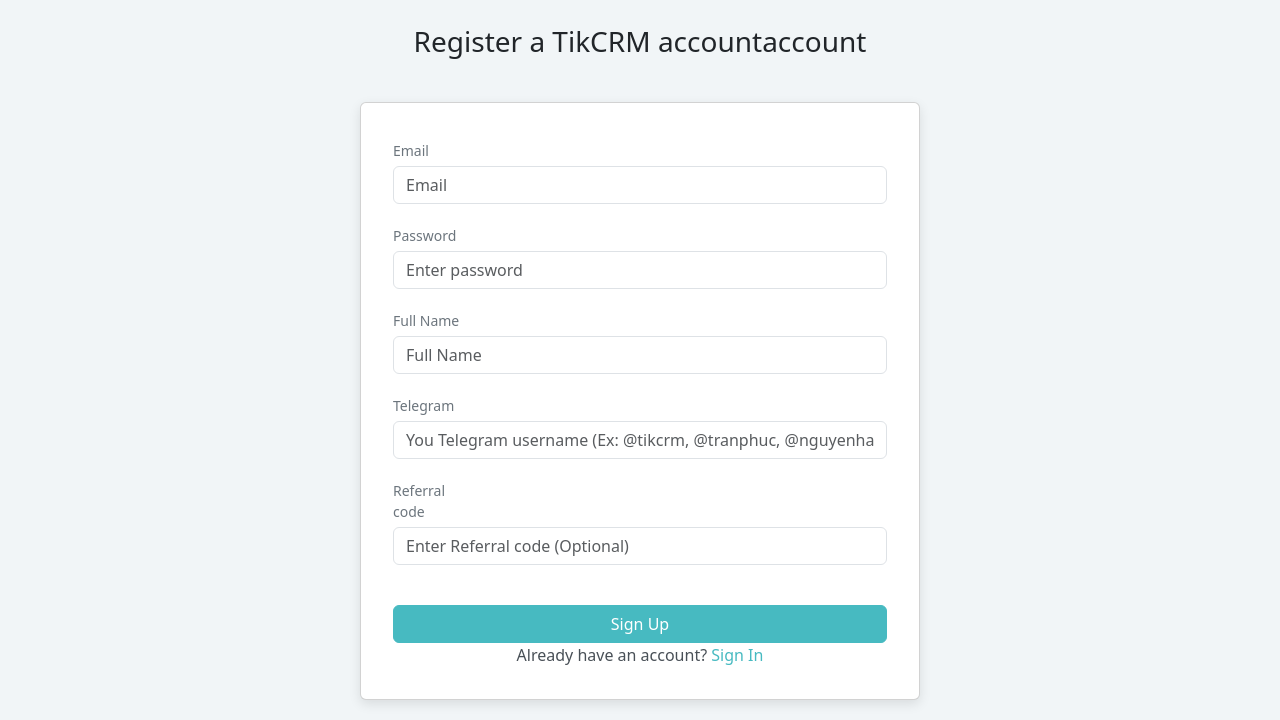
Repository: chaolaolo/tikcrm-fe
Page: /register
An editor plug-in stored every save of this project. The page is shown before and after the next save, followed by the edit.
The browser window is 1280 px wide. The pictures show the whole page.
The project was rebuilt for these pictures with package versions that can differ from the ones it lists, and the page was loaded fresh each time. Also part of the build but not shown: vite.config.ts, src/pages/Auth/Login/LoginPage.tsx, src/pages/Home/Settings.tsx, src/pages/Home/HomePage.tsx. Imported but missing from the stored project, and not drawn on this page: src/pages/Home/Dashboard.

Above is the page before, as saved 2025-05-22 23:13:31.

### src/main.tsx
import React, { StrictMode } from 'react'
import ReactDOM from 'react-dom/client';
import { createRoot } from 'react-dom/client'
import './index.css'
import { BrowserRouter } from 'react-router-dom';
import { AuthProvider } from './store/AuthContext.tsx';
import App from './App.tsx'
import 'antd/dist/reset.css';
import 'bootstrap/dist/css/bootstrap.min.css';
import 'bootstrap/dist/js/bootstrap.bundle.min.js';

ReactDOM.createRoot(document.getElementById('root')!).render(
  <React.StrictMode>
    <AuthProvider>
      <BrowserRouter>
        <App />
      </BrowserRouter>
    </AuthProvider>
  </React.StrictMode>
)

### src/store/AuthContext.tsx
import React, { createContext, useContext, useState, type ReactNode } from 'react';

interface AuthContextProps {
  isLoggedIn: boolean;
  login: () => void;
  logout: () => void;
}

const AuthContext = createContext<AuthContextProps | undefined>(undefined);

export const AuthProvider = ({ children }: { children: ReactNode }) => {
  const [isLoggedIn, setIsLoggedIn] = useState(false);

  const login = () => setIsLoggedIn(true);
  const logout = () => setIsLoggedIn(false);

  return (
    <AuthContext.Provider value={{ isLoggedIn, login, logout }}>
      {children}
    </AuthContext.Provider>
  );
};

export const useAuth = () => {
  const context = useContext(AuthContext);
  if (!context) throw new Error('useAuth must be used within AuthProvider');
  return context;
};

### src/App.tsx
import { useState } from 'react'
import reactLogo from './assets/react.svg'
import viteLogo from '/vite.svg'
import './App.css'
import { useAuth } from './store/AuthContext';
import { Navigate, Route, Routes } from 'react-router-dom';
import LoginPage from './pages/Auth/Login/LoginPage';
import RegisterPage from './pages/Auth/Register/RegisterPage';
import HomePage from './pages/Home/HomePage';
import 'bootstrap/dist/css/bootstrap.min.css';
import 'bootstrap/dist/js/bootstrap.bundle.min.js';
import 'antd/dist/reset.css'

const App = () => {
  const { isLoggedIn } = useAuth();

  return (
    <Routes>
      <Route path="/login" element={<LoginPage />} />
      <Route path="/register" element={<RegisterPage />} />
      <Route path="/forgot-password" element={<RegisterPage />} />
      <Route
        path="/home/*"
        element={isLoggedIn ? <HomePage /> : <Navigate to="/login" />}
      />
      <Route path="*" element={<Navigate to={isLoggedIn ? "/home" : "/login"} />} />
    </Routes>
  );
};

export default App;

### src/pages/Auth/Register/RegisterPage.tsx
// import React from 'react';
// import { useNavigate } from 'react-router-dom';

// const RegisterPage = () => {
//   const navigate = useNavigate();

//   const handleRegister = () => {
//     // giả sử đăng ký xong là chuyển về login
//     navigate('/login');
//   };

//   return (
//     <div>
//       <h2>Register</h2>
//       <button onClick={handleRegister}>Register</button>
//     </div>
//   );
// };

// export default RegisterPage;


import React from 'react';
import 'bootstrap/dist/css/bootstrap.min.css';
import { Link } from 'react-router-dom';
import Divider from '../../../core/Divider/Divider';
import { Button } from 'antd';
import '../login/login.css';

const RegisterPage: React.FC = () => {
  return (
    <div style={{
      backgroundColor: '#f1f5f7', // Màu light của Bootstrap
      position: 'fixed',
      top: 0,
      left: 0,
      right: 0,
      bottom: 0,
      overflow: 'auto'
    }}>
      <div className="d-flex justify-content-center align-items-center min-vh-100 p-3">
        <div className="w-100" style={{ maxWidth: '600px', }}>
          <p className="text-center mb-8 fs-3 fw-normal">Register a TikCRM accountaccount</p>
          <div className="card p-8 " style={{
            marginTop: '40px',
            marginLeft: '20px',
            marginRight: '20px',
            backgroundColor: 'white',
            boxShadow: '0 4px 12px rgba(0, 0, 0, 0.1)'
          }}>
            <form>
              <div className="mb-3 text-start">
                <label htmlFor="email" className="col-sm-2 col-form-label col-form-label-sm text-secondary">Email</label>
                <input
                  type="email"
                  className="form-control"
                  id="email"
                  placeholder="Email"
                />
              </div>

              <div className="mb-3 text-start">
                <label htmlFor="password" className="col-sm-2 col-form-label col-form-label-sm text-secondary">Password</label>
                <input
                  type="password"
                  className="form-control"
                  id="password"
                  placeholder="Enter password"
                />
              </div>

              <div className="mb-3 text-start">
                <label htmlFor="fullName" className="col-sm-2 col-form-label col-form-label-sm text-secondary">Full Name</label>
                <input
                  type="text"
                  className="form-control"
                  id="fullName"
                  placeholder="Full Name"
                />
              </div>

              <div className="mb-3 text-start">
                <label htmlFor="telegram" className="col-sm-2 col-form-label col-form-label-sm text-secondary">Telegram</label>
                <input
                  type="text"
                  className="form-control"
                  id="telegram"
                  placeholder="You Telegram username (Ex: @tikcrm, @tranphuc, @nguyenhai, etc.)"
                />
              </div>

              <div className="mb-3 text-start">
                <label htmlFor="referralCode" className="col-sm-2 col-form-label col-form-label-sm text-secondary">Referral code</label>
                <input
                  type="text"
                  className="form-control"
                  id="referralCode"
                  placeholder="Enter Referral code (Optional)"
                />
              </div>

              <button type="submit" className="btn custom-login-btn w-100 mt-4">Sign Up</button>

              <div className="text-center">
                <span className='text-light-emphasis'>Already have an account? </span>
                <Link to="/register"
                  className="custom-hover-underline   fw-normal" style={{ fontSize: '16px', color: '#47bac1' }}>
                  Sign In
                </Link>
                {/* <a href="#signup" className="text-decoration-none">Sign up</a> */}
              </div>
            </form>
          </div>
        </div>
      </div>
    </div>
  );
};

export default RegisterPage;

### src/pages/Auth/Login/Login.css

.custom-login-btn {
  background-color: #47bac1;
  border-color: #47bac1;
  color: #fff;
}

.custom-login-btn:hover {
  background-color: var(--bs-primary);
  border-color: var(--bs-primary);
  color: #fff;
}


.custom-hover-underline {
  text-decoration: none;
  color: #47bac1;
}

.custom-hover-underline:hover {
  text-decoration: underline;
}


.form-control:focus {
  border-color: #47bac1;
  box-shadow: 0 0 0 0.25rem rgba(71, 186, 193, 0.25);
}

Loaded but not shown: index.html (common file); src/index.css (common file); src/App.css (common file)

After the next save:
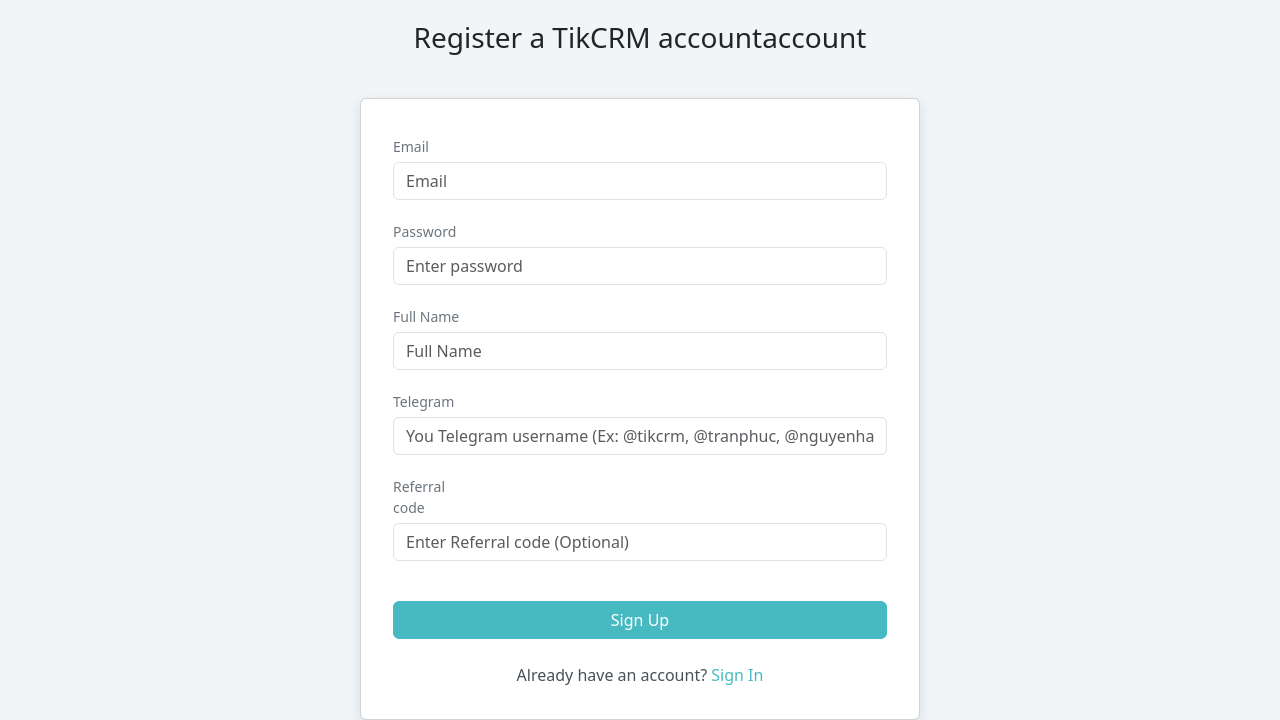
Saved 17 s later.
--- a/src/pages/Auth/Register/RegisterPage.tsx
+++ b/src/pages/Auth/Register/RegisterPage.tsx
@@ -99,7 +99,7 @@
                 />
               </div>
 
-              <button type="submit" className="btn custom-login-btn w-100 mt-4">Sign Up</button>
+              <button type="submit" className="btn custom-login-btn w-100 mt-4 mb-4">Sign Up</button>
 
               <div className="text-center">
                 <span className='text-light-emphasis'>Already have an account? </span>
